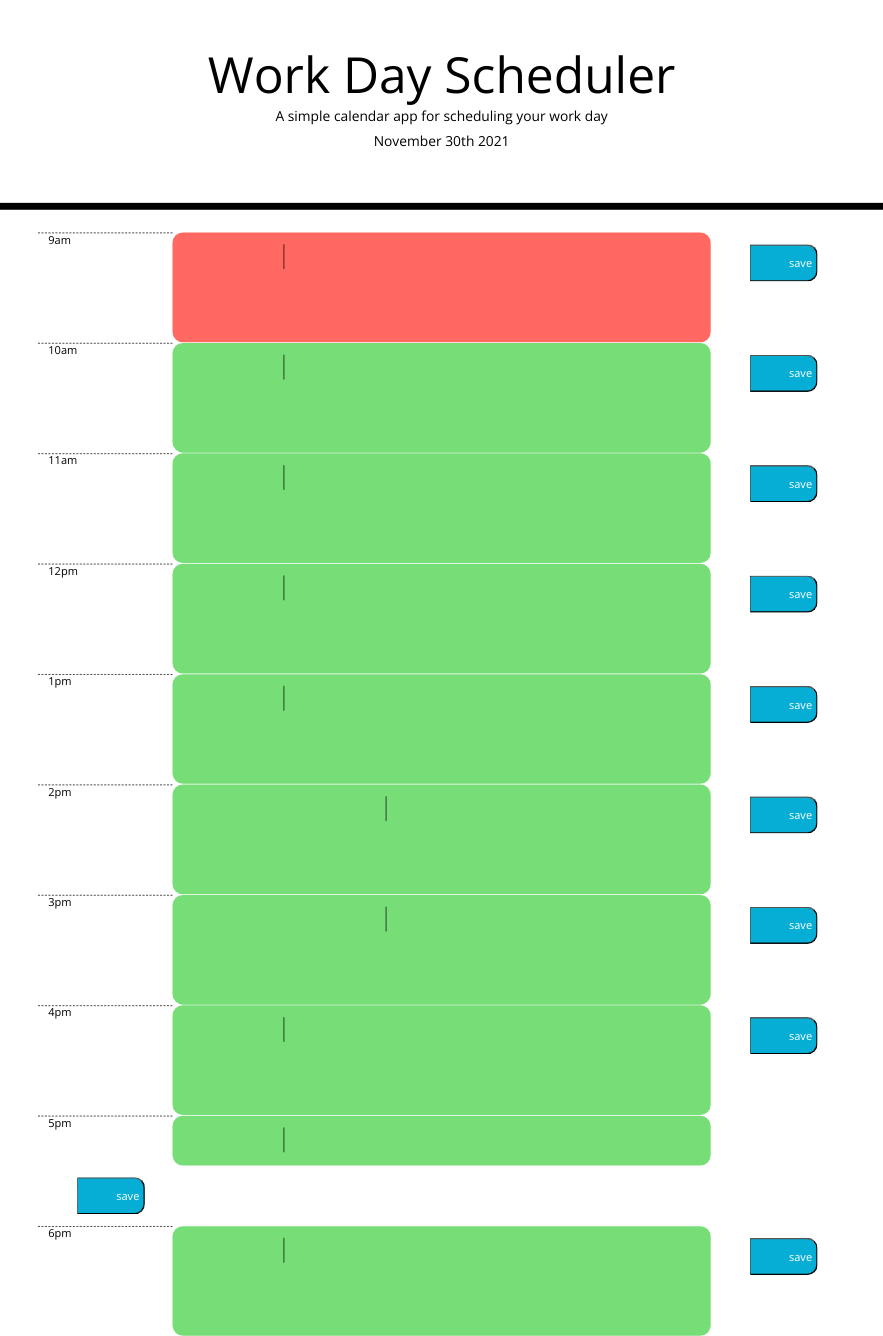
Repository: Naomilounsbury/work-day-scheduler
Page: index.html
The author's editor kept a copy of each file at every save. The page is drawn from the files as they stood at one save, then again after the next save.
The browser window is 1280 px wide. The pictures show the whole page, at 69% of full size.
Some web libraries are served in a nearby version.

Above is the page before, as saved 2021-12-05 17:14:35.

### index.html
<!DOCTYPE html>
<html lang="en">

<head>
  <meta charset="UTF-8" />
  <meta name="viewport" content="width=device-width, initial-scale=1.0" />
  <meta http-equiv="X-UA-Compatible" content="ie=edge" />
  <link rel="stylesheet" href="https://stackpath.bootstrapcdn.com/bootstrap/4.3.1/css/bootstrap.min.css" />
  <link rel="stylesheet" href="https://use.fontawesome.com/releases/v5.8.1/css/all.css"
    integrity="sha384-50oBUHEmvpQ+1lW4y57PTFmhCaXp0ML5d60M1M7uH2+nqUivzIebhndOJK28anvf" crossorigin="anonymous" />
  <link href="https://fonts.googleapis.com/css?family=Open+Sans&display=swap" rel="stylesheet" />
  <link rel="stylesheet" href="./assets/css/style.css" />
  <title>Work Day Scheduler</title>
</head>

<body>
  <header class="jumbotron">
    <h1 class="display-3">Work Day Scheduler</h1>
    <p class="lead">A simple calendar app for scheduling your work day</p>
    <p id="currentDay" class="lead"></p>
  </header>
  <div class>
    <!-- Timeblocks go here -->
    <table class="container">
      <tr class="row">
        <td class="hour col-2">9am</td>
        <td class="time-block col-8" id="9">          <!-- all of my textareas are called btn which is ironic because they arent btns -->
          <textarea id="btn9" class="col-8" rows="2" cols="30">
          </textarea>
        </td>
        <td class="col-2">
          <button class="saveBtn" value="9">
            save
          </button>
        </td>
      </tr>
      <tr class="row">
        <td class="hour col-2">10am</td>
        <td class="time-block col-8" id="10">
          <textarea id="btn10" class="col-8" rows="2" cols="30">
            </textarea>
        </td>
        <td class="col-2">
          <button class="saveBtn" value="10">
            save
          </button>
        </td>
      </tr>
      <tr class="row">
        <td class="hour col-2">11am</td>
        <td class="time-block col-8" id="11">
          <textarea id="btn11" class="col-8" rows="2" cols="30">
            </textarea>
        </td>
        <td class="col-2">
          <button class="saveBtn" value="11">
            save
          </button>
        </td>
      </tr>
      <tr class="row">
        <td class="hour col-2">12pm</td>
        <td class="time-block col-8" id="12">
          <textarea id="btn12" class="col-8" rows="2" cols="30">
            </textarea>
        </td>
        <td class="col-2">
          <button class="saveBtn" value="12">
            save
          </button>
        </td>
      </tr>
      <tr class="row">
        <td class="hour col-2">1pm</td>
        <td class="time-block col-8" id="13">
          <textarea id="btn13" class="col-8" rows="2" cols="30">
            </textarea>
        </td>
        <td class="col-2">
          <button class="saveBtn" value="13">
            save
          </button>
        </td>
      </tr>
      <tr class="row">
        <td class="hour col-2">2pm</td>
        <td class="time-block col-8" id="14">
          <textarea id="btn14">
            </textarea>
        </td>
        <td class="col-2">
          <button class="saveBtn" value="14">
            save
          </button>
        </td>
      </tr>
      <tr class="row">
        <td class="hour col-2">3pm</td>
        <td class="time-block col-8" id="15">
          <textarea id="btn15">
          </textarea>
        </td>
        <td class="col-2">
          <button class="saveBtn" value="15">
            save
          </button>
        </td>
      </tr>
      <tr class="row">
        <td class="hour col-2">4pm</td>
        <td class="time-block col-8" id="16">
          <textarea id="btn16" class="col-8" rows="2" cols="30">
            </textarea>
        </td>
        <td class="col-2">
          <button class="saveBtn" value="16">
            save
          </button>
        </td>
      </tr>
      <tr class="row">
        <td class="hour col-2">5pm</td>
        <td class="time-block col-8" id="17">
          <textarea id="btn17" class="col-8" rows="2" cols="30">
            </textarea>
        </td>
        <td class="col-8">
          <button class="saveBtn" value="17">
            save
          </button>
        </td>
      </tr>
      <tr class="row">
        <td class="hour col-2">6pm</td>
        <td class="time-block col-8" id="18">
          <textarea id="btn18" class="col-8" rows="2" cols="30">
            </textarea>
        </td>
        <td class="col-2">
          <button class="saveBtn" value="18">
            save
          </button>
        </td>
      </tr>
    </table>
  </div>

  <!-- I didnt actually use jquery -->
  <script src="https://code.jquery.com/jquery-3.4.1.min.js"></script>
  <script src="https://cdnjs.cloudflare.com/ajax/libs/moment.js/2.24.0/moment.min.js"></script>
  <script src="assets/js/script.js"></script>
</body>

</html>

### assets/css/style.css
body {
  font-family: 'Open Sans', sans-serif;
  font-size: 16px;
  line-height: 1;
}

textarea{
  background: transparent;
  border: none;
  resize: none;
  color: #000000;
  border-left: 1px solid black;
  /* padding: 10px; */
}

.jumbotron {
  text-align: center;
  background-color: transparent;
  color: black;
  border-radius: 0;
  border-bottom: 10px solid black;
}

.description{
  white-space: pre-wrap;
}

.time-block{
  text-align: center;
  border-radius: 15px;
}

.row {
  white-space: pre-wrap;
  height: 160px;
  border-top: 1px solid white;;
}

.hour {
  background-color: #ffffff;
  color: #000000;
  border-top: 1px dashed #000000;
}

.past {
  background-color: #d3d3d3;
  color: white;
}

.present {
  background-color: #ff6961;
  color: white;
}

.future {
  background-color: #77dd77;
  color: white;
}

.saveBtn {
  border-left: 1px solid black;
  border-top-right-radius: 15px;
  border-bottom-right-radius: 15px;
  background-color: #06AED5;
  color: white;
}

.saveBtn i:hover {
  font-size: 20px;
  transition: all .3s ease-in-out;
}

### assets/js/script.js
//using moment to get the current time
currentTime = moment();
//connected it to the current day spot in the html
currentDayEl = document.querySelector("#currentDay");
var displayDate = currentTime.format('MMMM Do YYYY');
//backticks are a way of adding dynamic things into a string when used with a dollar sign


currentDayEl.innerText = displayDate
//going to get my timeblock element
//weirdly I didnt have a var in front of this elemnet and it still worked
var timeBlockEl = document.querySelectorAll(".time-block");
//made a function called checkTime to check the current time to compare with the time on the scheduler
var checkTime = function (currentEl) {
    //will maybe hit a block because will use 24 hours as ids but if the current time that I chose from moment is 12 hours they wont match up
    var timeBlock = moment().hour(parseInt(currentEl.id))
    console.log(timeBlock)
    //if the block hour id is less than the current time hour we return the class name past
    if (timeBlock.hour() < currentTime.hour()) {
        return "past"
    }
    if (timeBlock.hour() > currentTime.hour()) {
        return "future"
    }
    if (timeBlock.hour() === currentTime.hour()) {
        return "present"
    }

    //if element is in the past return past
    //if element is in the future return future
    //if element is in the present return present
}
for (i = 0; i <= timeBlockEl.length - 1; i++) {
    //timeblock elements already have the class timeblock. If we just replaced the class with future or present
    //it would erase the class, so we want to add to the class
    //check time returns the new class
    //this creates regular time-block class with past future or present added to it. like when it returns past = "time-block past"

    timeBlockEl[i].className = timeBlockEl[i].className + " " + checkTime(timeBlockEl[i])
}
//we need a function to show us whats happening using the word on because it runs on an event

var onSave = function (event) {
    //so I couldn't figure out why it wasn't pulling the value of the textarea
    //so we looked at w3schools and they said add a .value which honestly should have been intuitive
    //we are using backticks here hecause we want to dynamically change the id and if they click on 10, we want the id to reflect number 10
    //inside the ${} is code that will later be evaulated to a string depending on the button clicked
    if (document.querySelector(`#btn${event.target.value}`).value) {
        //originally put event.target.id but then we realized we didn't have a id on the freaken button but
        //what we did have was a value so we did .value
        var timeBlockEvent = document.querySelector(`#btn${event.target.value}`).value
        //i'm doing a .trim because there is a lot of white space in the value
        localStorage.setItem(`${event.target.value}`, timeBlockEvent.trim())
    }

}
//used jquery to save the onclick here instead of for each in the html
$(".saveBtn").click(onSave)
//we are going to create a timeblock array and go through it to check if local storage has anything for that timeblock
//
var eventArray = [9, 10, 11, 12, 13, 14, 15, 16, 17, 18]


//javascript has a special for loop for going through objects
//according to stack overflow, it can be a for in loop or a for of loop
//and object.keys creates an array to use in a for of loop
for (var key of eventArray) {
    //so this for loop will loop through each item in the array and then going
    //into local storage and getting the number/ eventtext, if there is text in local storage that will be what is
    //saved
    //the backticks make it dynamic and the key is grabbing the key from what was saved
    var eventText = localStorage.getItem(`${key}`)
    //here we are getting our eventText because we named our textarea id btn# which at leastwas consistent
    //and so we are using btn${key} to get the btn# to know what to save
    //need hash in front of btn because its an id
    if (eventText) {
        //I freakin hate this. .value is descriptive and easy to use
        //.val means nothing to me
        $(`#btn${key}`).val(eventText)
    }
}

After the next save:
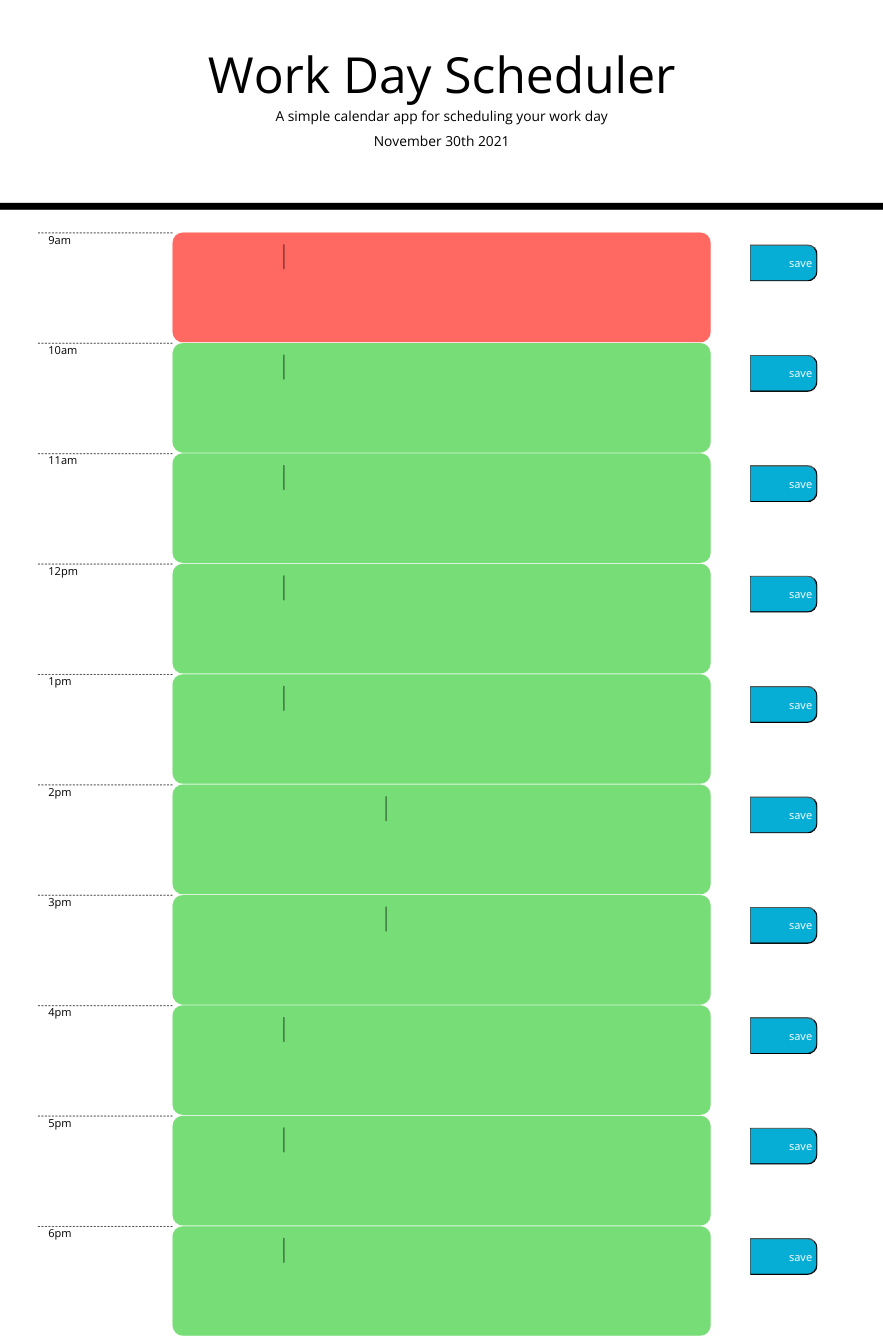
Saved 46 s later.
--- a/index.html
+++ b/index.html
@@ -124,7 +124,7 @@
           <textarea id="btn17" class="col-8" rows="2" cols="30">
             </textarea>
         </td>
-        <td class="col-8">
+        <td class="col-2">
           <button class="saveBtn" value="17">
             save
           </button>
